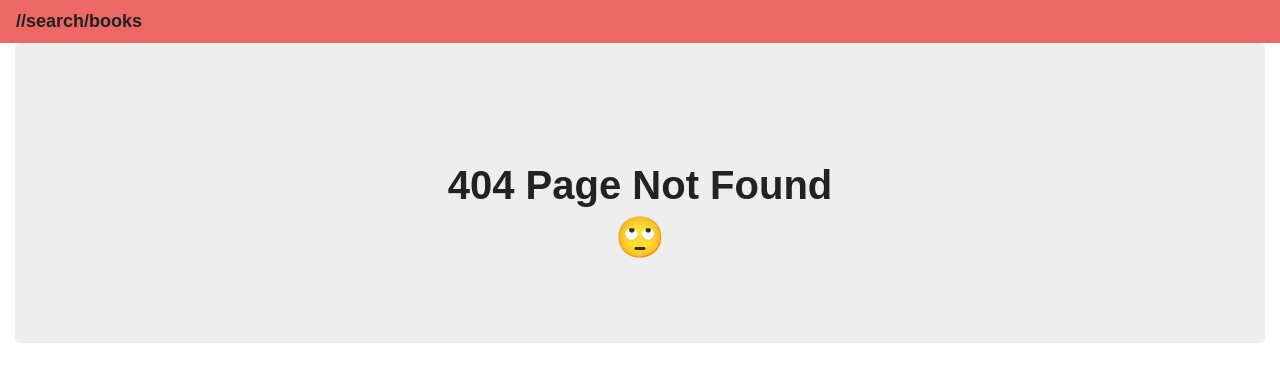
Repository: ionathas78/gBooksScanner
Page: /search (app in client/)
An editor plug-in stored every save of this project. The page is shown before and after a run of saves, followed by the edit.
The browser window is 1280 px wide. The pictures show the whole page.
Some web fonts or font styles are not loaded; a fallback is used. Some web libraries are served in a nearby version. The project was rebuilt for these pictures with package versions that can differ from the ones it lists, and the page was loaded fresh each time. Also part of the build but not shown: client/src/components/DeleteBtn/style.css, client/src/components/DeleteBtn/index.js, client/src/utils/API.js, client/src/components/List/style.css, client/src/components/List/index.js, client/src/pages/Books.js, client/src/pages/Detail.js, client/src/pages/Search.js.

Above is the page before, as saved 2020-05-19 12:49:34.

After the next 3 saves:
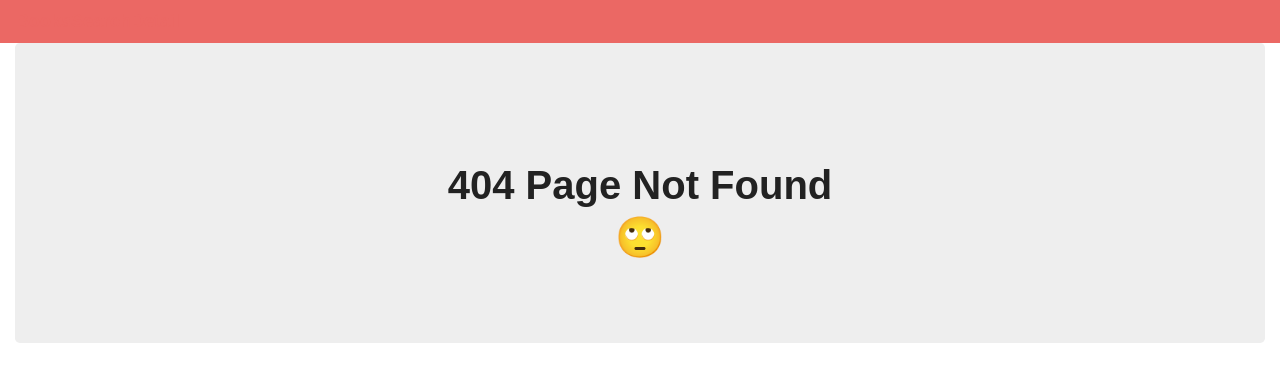
The 3 saves are shown as one change because 2 did not build or start.
The last was saved 4 min 23 s later.
--- a/client/src/App.js
+++ b/client/src/App.js
@@ -14,7 +14,11 @@ function App() {
     <Router>
       <div>
         <Nav
-          children={["/", "/search", "/books"]}
+          children={[
+            { name: "Books", path: "/"},
+            { name: "Search", path: "/search"},
+            { name: "Detail", path: "/books"}
+          ]}
         />
         <Switch>
           <Route exact path={["/", "/books"]}>
--- a/client/src/components/Nav/index.js
+++ b/client/src/components/Nav/index.js
@@ -1,10 +1,14 @@
 import React from "react";
+import { Link } from "react-router-dom";
+
 
 function Nav({children}) {
   return (
     <nav className="navbar navbar-expand-lg navbar-dark bg-primary">
       {children.map(item => {
-        return item;
+        return (
+          <Link to={item.path}>{item.name}</Link>
+        )
       })}
     </nav>
   );
